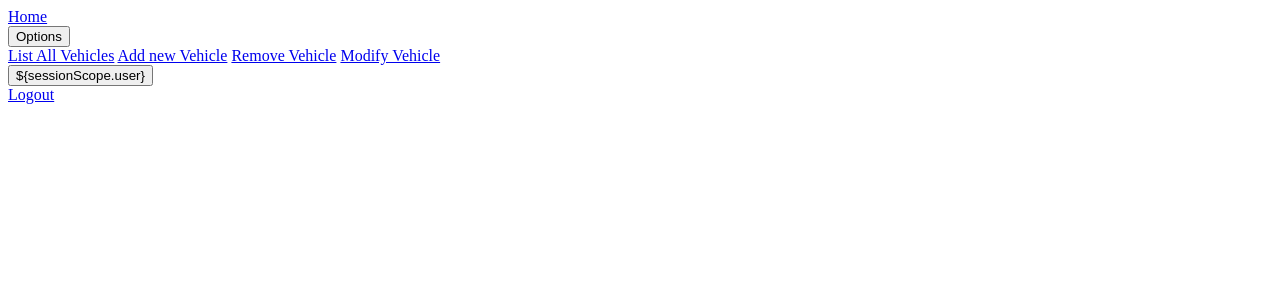
Repository: kensevv/nevexisDemos
Page: Car_Rental_Management_System/src/main/webapp/htmlTemplates/navigationBar.html
An editor plug-in stored every save of this project. The page is shown before and after the next save, followed by the edit.
The browser window is 1280 px wide. The pictures show the whole page.

Above is the page before, as saved 2021-03-26 09:59:30.

### Car_Rental_Management_System/src/main/webapp/htmlTemplates/navigationBar.html
<div class="navbar">
		<a href="home.jsp">Home</a>
		<div class="dropdown">
			<button class="dropbtn">
				Options <i class="fa fa-caret-down"></i>
			</button>
			<div class="dropdown-content">
				<a href="list">List All Vehicles</a>
				<a href="VehicleForm.jsp">Add new Vehicle</a>
				<a href="removeForm">Remove Vehicle</a>
				<a href="edit">Modify Vehicle</a>
			</div>
		</div>
		<div id="navUser" class = "dropdown">
			<button class = "dropbtn">
				${sessionScope.user} <i class="fa fa-caret-down"></i>
			</button>
			<div class="dropdown-content">
				<a href="login.jsp">Logout</a>
			</div>
		</div>
	</div>

After the next save:
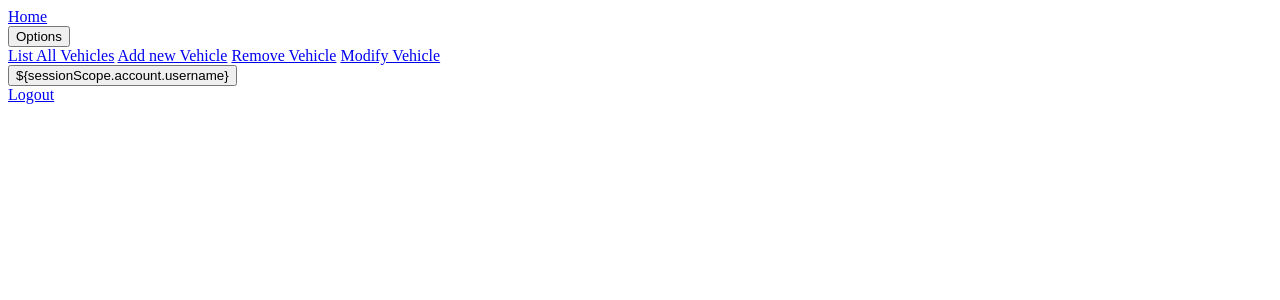
Saved 21 s later.
--- a/Car_Rental_Management_System/src/main/webapp/htmlTemplates/navigationBar.html
+++ b/Car_Rental_Management_System/src/main/webapp/htmlTemplates/navigationBar.html
@@ -13,7 +13,7 @@
 		</div>
 		<div id="navUser" class = "dropdown">
 			<button class = "dropbtn">
-				${sessionScope.user} <i class="fa fa-caret-down"></i>
+				${sessionScope.account.username} <i class="fa fa-caret-down"></i>
 			</button>
 			<div class="dropdown-content">
 				<a href="login.jsp">Logout</a>
